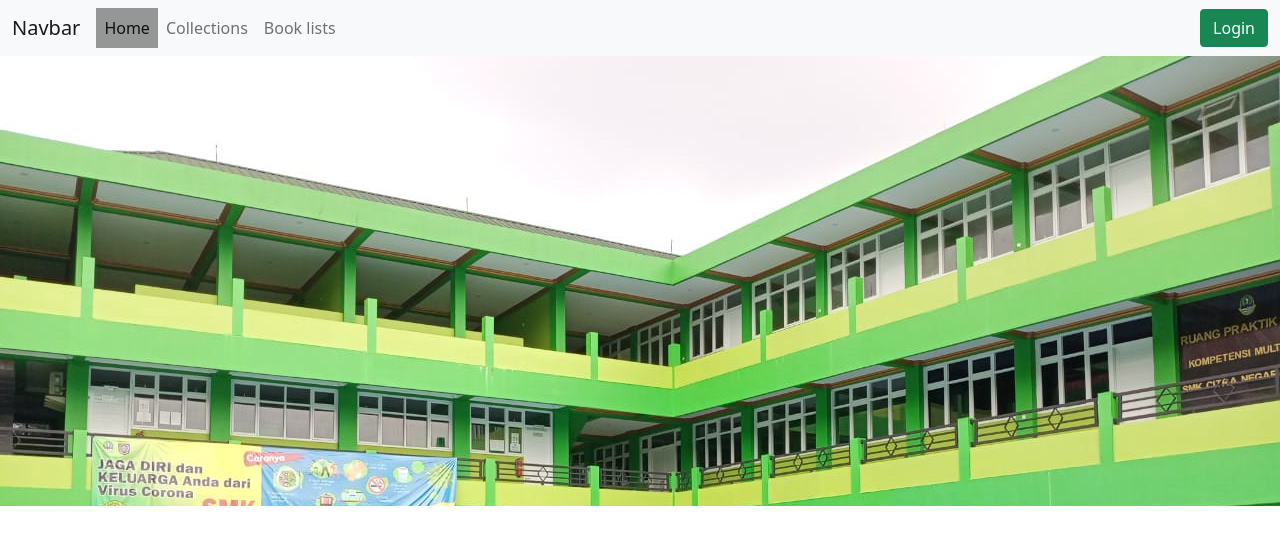
Repository: humanrizki/app-perpus-laravel-8
Page: http://localhost/home
These files come from the project's save history. The page is drawn as it stood at one moment and after the next save; the edit follows.
The browser window is 1280 px wide. The pictures show the whole page.
Some web libraries are served in a nearby version. The page is served by the project's Laravel application, run on PHP 8.4 with Laravel 8.

Above is the page before, as saved 2021-11-25 11:52:56.

After the next save:
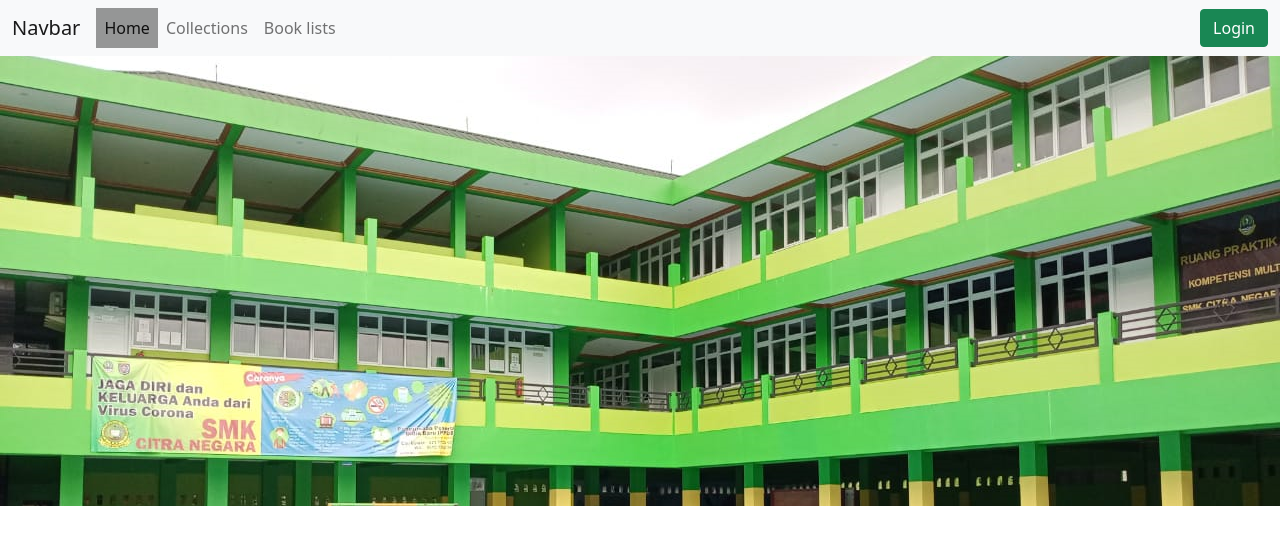
Saved 11 s later.
--- a/resources/views/homeTemplate.blade.php
+++ b/resources/views/homeTemplate.blade.php
@@ -4,7 +4,7 @@
         <div class="img-content">
             <img src="img/cn.png" alt="" class="w-100" style="
                 padding: 0px;
-                margin-top:-20px;
+                margin-top:-100px;
                 ">
         </div>
     </div>
